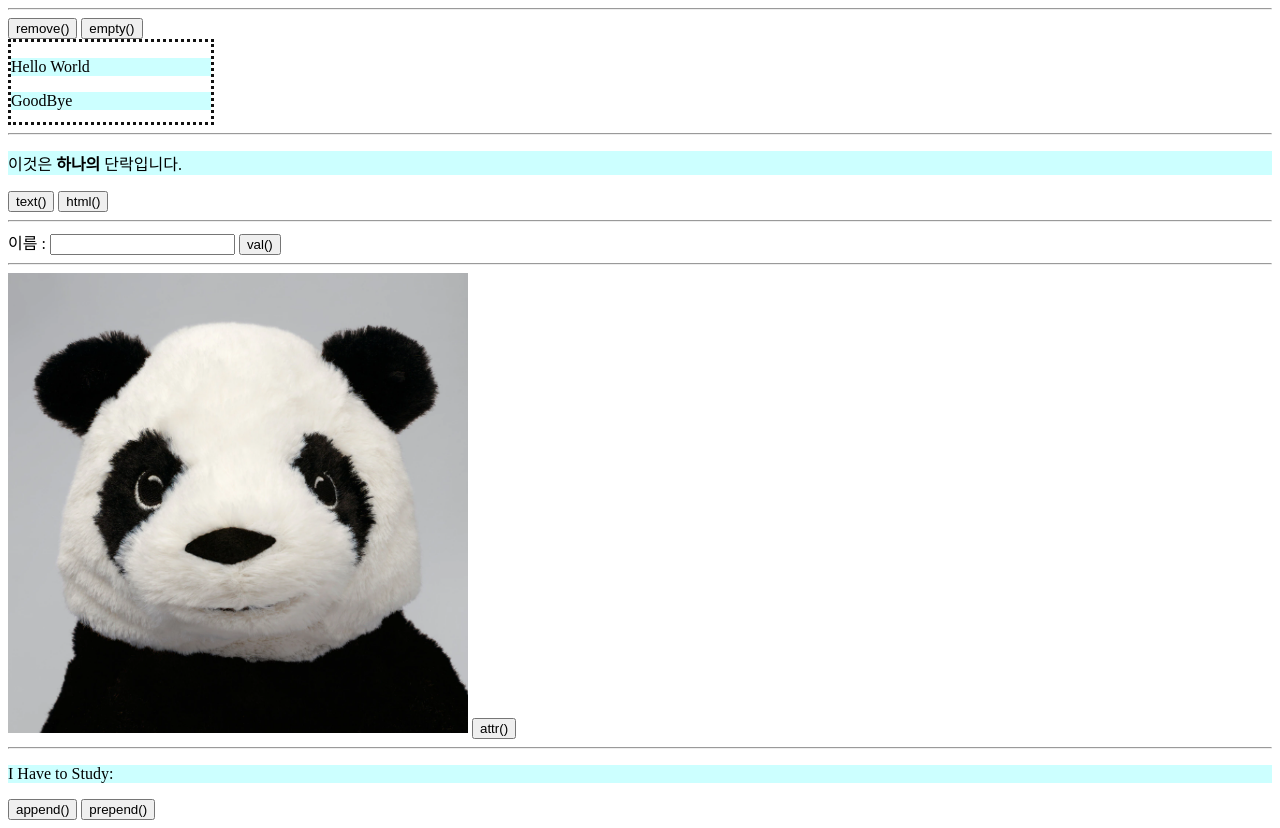
Repository: yujisu01/2021_504_java
Page: javascript_jquery/WebContent/jQuery_ex02.html
The author's editor kept a copy of each file at every save. The page is drawn from the files as they stood at one save, then again after the next save.
The browser window is 1280 px wide. The pictures show the whole page.

Above is the page before, as saved 2021-04-15 05:41:54.

### javascript_jquery/WebContent/jQuery_ex02.html
<!DOCTYPE html>
<html>
<head>
<meta charset="UTF-8">
<title>Insert title here</title>
<style type="text/css">
	p{
		background-color: #ccffff;
	}
	.container{
		height: 80px;
		width: 200px;
		border:3px dotted #111111;
	}
</style>
<script type="text/javascript" src="js/jQuery3.x/jquery-3.6.0.js"></script>
<script type="text/javascript">
	$().ready(function(){
		$("#text").click(function() {
			alert($("#target").text());
		});
		$("#html").click(function() {
			alert($("#target").html());
		});
		$("#val").click(function() {
			alert($("#irum").val());
			// 입력된값 가져옴
			console.log($("#irum").val());
		});
		$("#attr").click(function() {
			alert($("#chain_dog").attr("src"));
		});
		$("#button1").click(function() {
			// 태그처럼 인식을 할수있다.
			$("#append").append("<b style='color:#fdd063'>Yes sir zz</b>");
		});
		$("#button2").click(function() {
			$("#append").prepend("<b style='color:#ddd333'>Yes sir zz</b>");
		});
		$("#remove").click(function() {
			$(".container").remove();
		});
		$("#empty").click(function() {
			$(".container").empty();
		});
		$("#attr").click(function(){
			 $("#img35").hide();
             $("#img37").show();
		});

	});
</script>
</head>
<body>
	<hr>
	<button id="remove">remove()</button>
	<button id="empty">empty()</button>
	<br>
	<div class="container">
		<p class="hello">Hello World</p>
		<p class="goodbye">GoodBye</p>
	</div>
	<hr>
	<p id="target">이것은 <strong>하나의</strong> 단락입니다.</p>
	<button id="text">text()</button>
	<button id="html">html()</button>
	<hr>
	이름 : <input type="text" id="irum" >
	<button id="val">val()</button>
	<hr>
	<img id="chain_dog" alt="공부하는 강아지" src="images/image35.png"
	width="460px;" height="460px;">
	<button id="attr">attr()</button>
	<hr>
	<p id="append">I Have to Study:</p>
	<button id="button1">append()</button>
	<button id="button2">prepend()</button>
</body>
</html>

Loaded but not shown: javascript_jquery/WebContent/js/jQuery3.x/jquery-3.6.0.js (library)

After the next save:
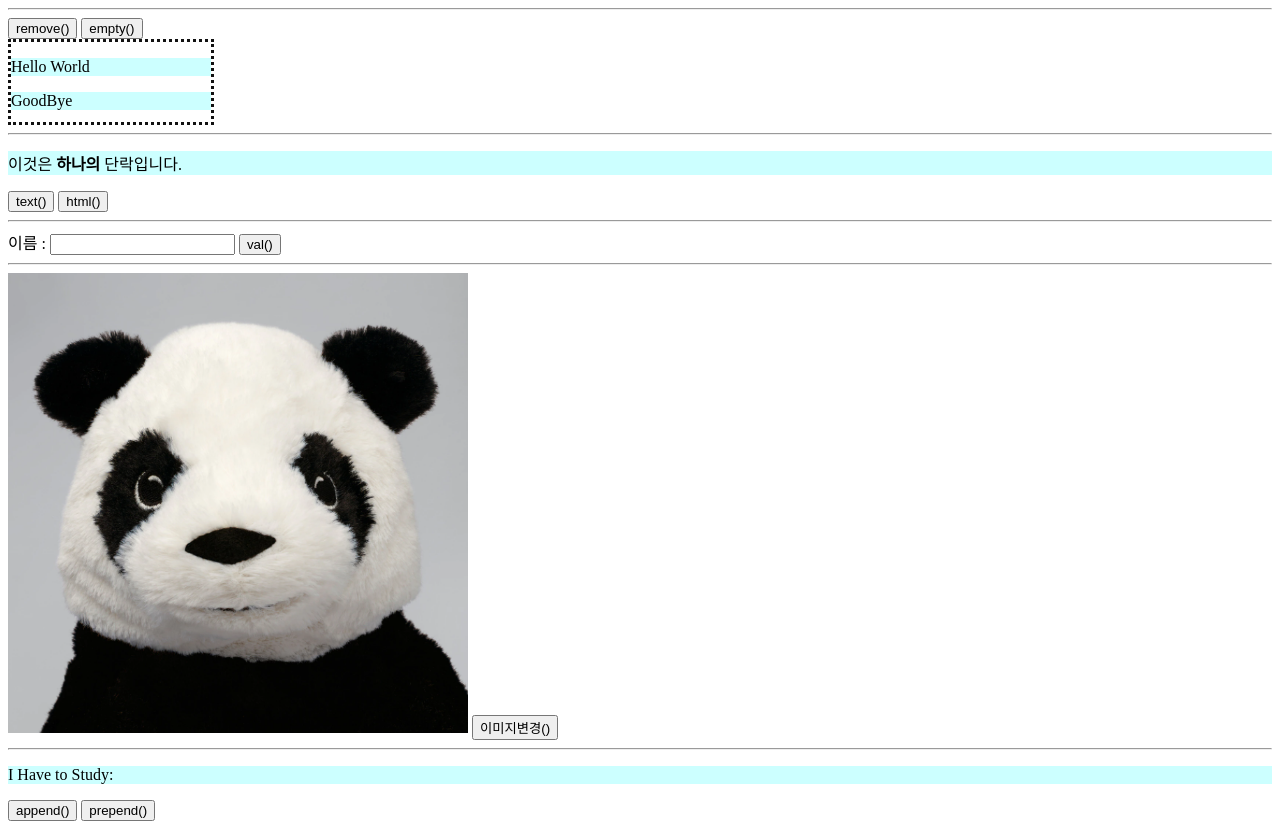
Saved 29 s later.
--- a/javascript_jquery/WebContent/jQuery_ex02.html
+++ b/javascript_jquery/WebContent/jQuery_ex02.html
@@ -70,7 +70,7 @@
 	<hr>
 	<img id="chain_dog" alt="공부하는 강아지" src="images/image35.png"
 	width="460px;" height="460px;">
-	<button id="attr">attr()</button>
+	<button id="attr">이미지변경()</button>
 	<hr>
 	<p id="append">I Have to Study:</p>
 	<button id="button1">append()</button>
